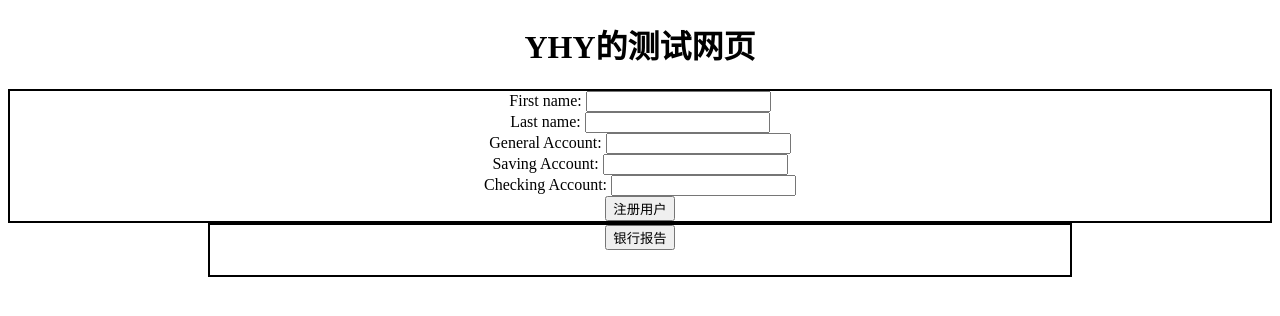
Repository: Darkmoon1/Bank-java-
Page: Bank/myBank/WebContent/home.html
The author's editor kept a copy of each file at every save. The page is drawn from the files as they stood at one save, then again after the next save.
The browser window is 1280 px wide. The pictures show the whole page.

Above is the page before, as saved 2017-07-13 18:12:10.

After the next save:
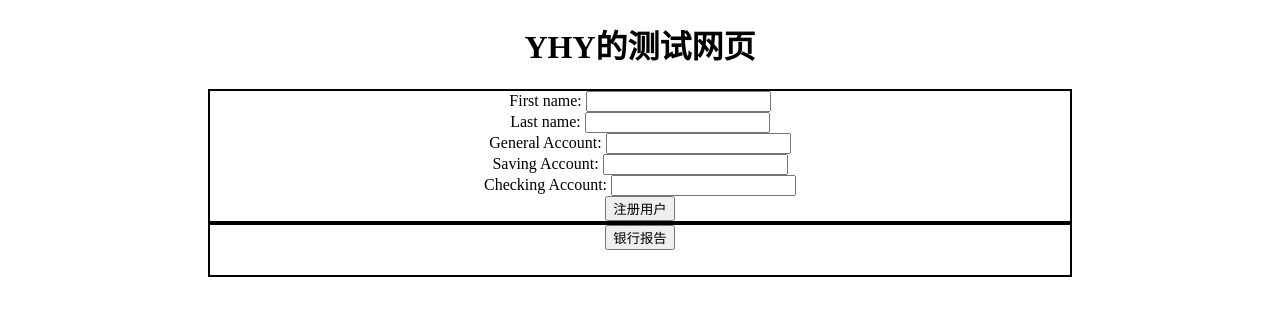
Saved 18 s later.
--- a/Bank/myBank/WebContent/home.html
+++ b/Bank/myBank/WebContent/home.html
@@ -13,6 +13,8 @@
     }
     div{
     	border: 2px solid black;
+    	margin-left: 200px;
+    	margin-right: 200px;
     }
 
     h1{
@@ -20,8 +22,7 @@
     }
     .re{
     	height: 50px;
-    	margin-left: 200px;
-    	margin-right: 200px;
+
     }
 
     </style>
